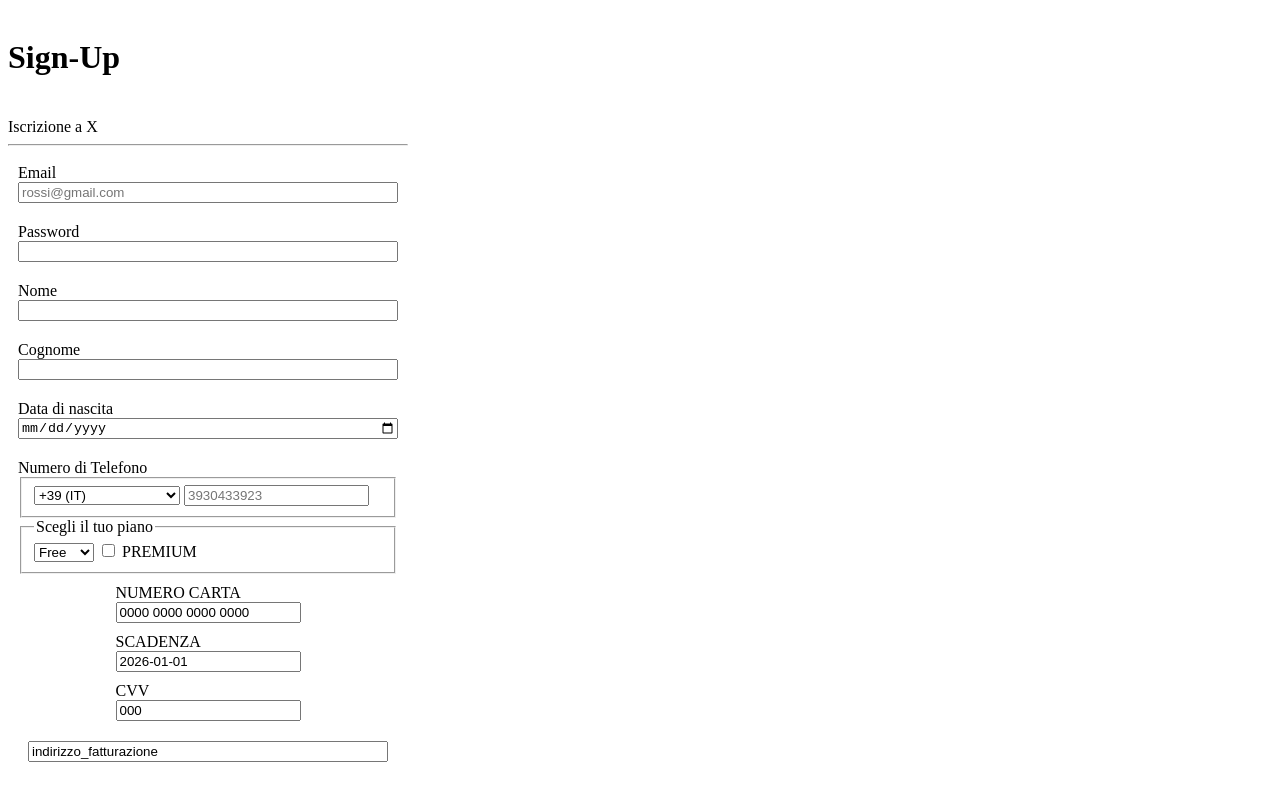
Repository: CryptoFamilyNFT/develhope
Page: html/form2.html
The author's editor kept a copy of each file at every save. The page is drawn from the files as they stood at one save, then again after the next save.
The browser window is 1280 px wide. The pictures show the whole page.

Above is the page before, as saved 2024-11-06 17:22:09.

### html/form2.html
<!DOCTYPE html>
<html>
  <head>
    <meta http-equiv="X-UA-Compatible" content="IE=edge" />
    <meta charset="utf-8" />
    <meta
      name="viewport"
      content="width=device-width, initial-scale=1.0, maximum-scale=1.0, user-scalable=no"
    />
    <title>Lezione HTML</title>
    <style>
      label {
        display: block;
      }

      form {
        max-width: 400px;
      }

      .container {
        display: flex;
        flex-direction: column;
        gap: 20px;
        padding-top: 10px;
      }

      .section {
        display: flex;
        flex-direction: column;
        padding: 10px;
      }

      .cardBox {
        display: flex;
        flex-wrap: wrap;
        justify-content: center;
        gap: 10px;
        width: 100%;
      }

      label {
        display: flex;
        flex-direction: column;
      }
    </style>
  </head>

  <body>
    <form>
      <div class="container">
        <h1>Sign-Up</h1>
        <body1>Iscrizione a X</body1>
      </div>
      <hr />
      <div class="section">
        <label for="email">Email</label>
        <input
          id="email"
          name="email"
          type="email"
          placeholder="rossi@gmail.com"
        />
      </div>
      <div class="section">
        <label for="password">Password</label>
        <input id="password" name="password" type="password" />
      </div>
      <div class="section">
        <label for="nome">Nome</label>

        <input id="nome" name="nome" type="text" />
      </div>
      <div class="section">
        <label for="cognome">Cognome</label>

        <input id="cognome" name="cognome" type="text" />
      </div>
      <div class="section">
        <label for="date">Data di nascita</label>
        <input
          id="date"
          name="date"
          type="date"
          min="1930-01-01"
          max="2004-01-01"
        />
      </div>
      <div class="section">
        <label for="numero prefisso">Numero di Telefono</label>
        <div>
          <fieldset>
            <select id="prefisso" name="prefisso">
              <option value="+39">+39 (IT)</option>
              <option value="+30">+30 (Grecia)</option>
              <option value="+31">+31 (Paesi Bassi)</option>
              <option value="+32">+32 (Belgio)</option>
              <option value="+33">+33 (Francia)</option>
              <option value="+34">+34 (Spagna)</option>
              <option value="+350">+350 (Gibilterra)</option>
              <option value="+351">+351 (Portogallo)</option>
              <option value="+352">+352 (Lussemburgo)</option>
              <option value="+353">+353 (Irlanda)</option>
              <option value="+354">+354 (Islanda)</option>
              <option value="+355">+355 (Albania)</option>
              <option value="+356">+356 (Malta)</option>
              <option value="+357">+357 (Cipro)</option>
              <option value="+358">+358 (Finlandia)</option>
              <option value="+359">+359 (Bulgaria)</option>
              <option value="+36">+36 (Ungheria)</option>
            </select>
            <input
              type="number"
              placeholder="3930433923"
              id="numero"
              name="numero"
            />
          </fieldset>
          <fieldset>
            <legend><label for="piano">Scegli il tuo piano</label></legend>
            <select id="piano" name="piano">
              <option value="free">Free</option>
              <optgroup label="FIXED PLAN">
                <option value="30">30$</option>
                <option id="60" value="60">60$</option>
                <option id="90" value="90">90$</option>
              </optgroup>
            </select>
            <input id="premium" type="checkbox" value="premium" /> PREMIUM
          </fieldset>
          <div class="section">
            <div class="cardBox">
              <label for="card">
                NUMERO CARTA
                <input id="card" value="0000 0000 0000 0000" placeholder="0345 0392 1923 9239" />
              </label>
              <label for="card_date">
                SCADENZA
                <input id="card_date" min="2024-01-01" value="2026-01-01" max="2060-01-01" />
              </label>
              <label for="cvv">
                CVV
                <input id="cvv" type="number" value="000" placeholder="320" />
              </label>
            </div>
          </div>
		  <div class="section">
			<label for="indirizzo_fatturazione">
			<input id="indirizzo_fatturazione" value="indirizzo_fatturazione" placeholder="Via Rossi 10 90010">
			</label>
		  </div>
        </div>
      </div>
    </form>
  </body>
</html>

After the next save:
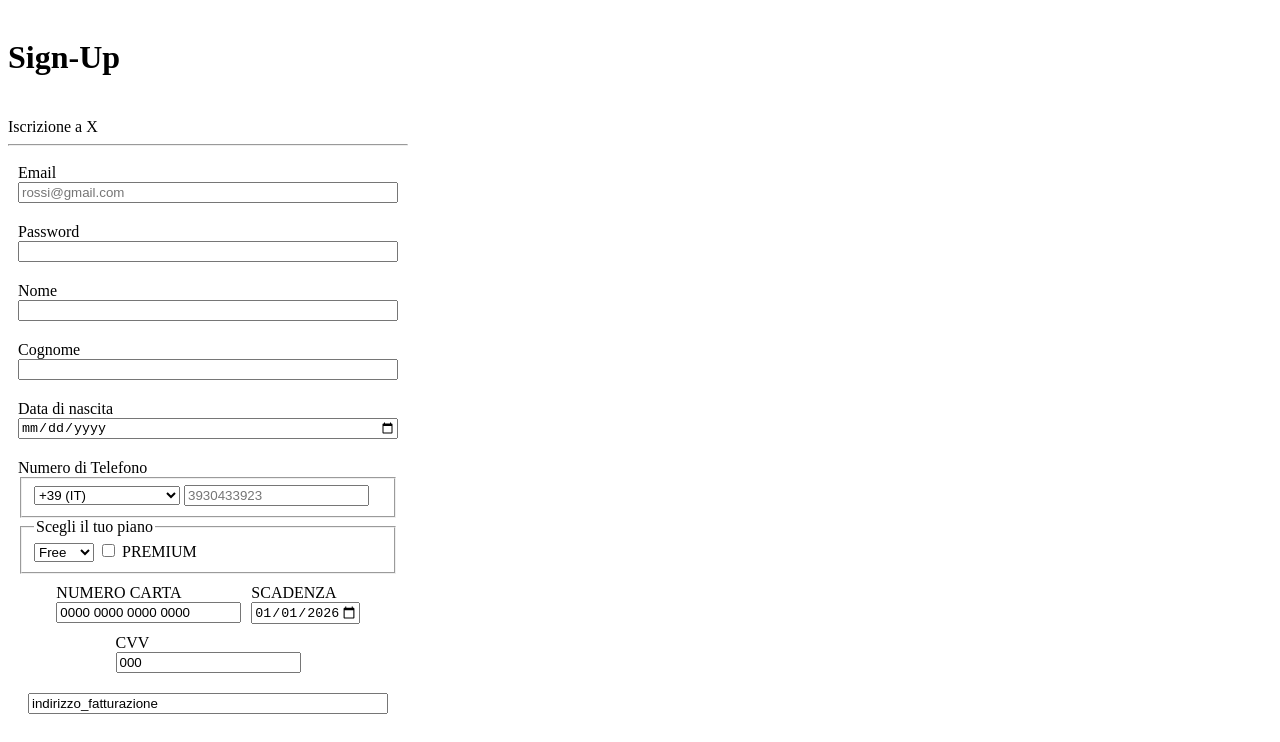
Saved 19 s later.
--- a/html/form2.html
+++ b/html/form2.html
@@ -135,7 +135,7 @@
               </label>
               <label for="card_date">
                 SCADENZA
-                <input id="card_date" min="2024-01-01" value="2026-01-01" max="2060-01-01" />
+                <input id="card_date" min="2024-01-01" type=date value="2026-01-01" max="2060-01-01" />
               </label>
               <label for="cvv">
                 CVV
